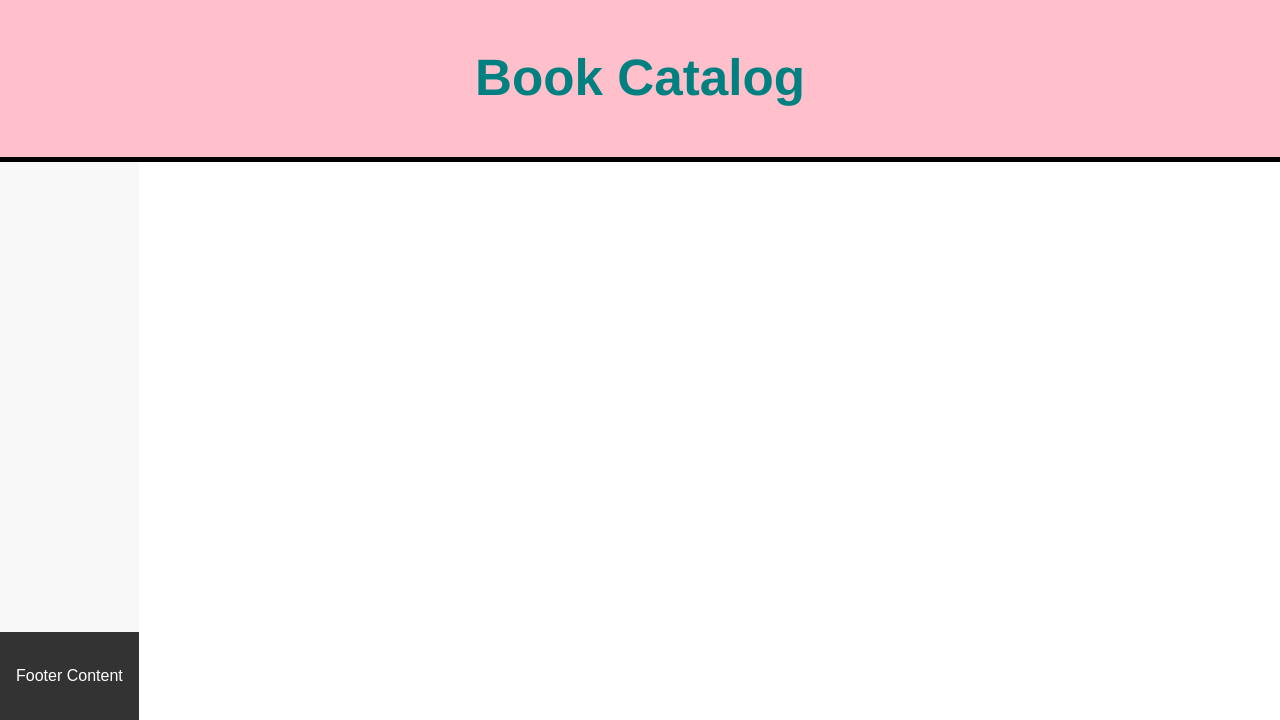
Repository: primcharlin/COMP3170_Lab_Assignment_Components
Page: /
These files come from the project's save history. The page is drawn as it stood at one moment and after the next save; the edit follows.
The browser window is 1280 px wide. The pictures show the whole page.
The page's requests for data from a server got no answer. The project was rebuilt for these pictures with package versions that can differ from the ones it lists, and the page was loaded fresh each time. No one was signed in, and anything a server would have sent is missing. Also part of the build but not shown: vite.config.js.

Above is the page before, as saved 2025-09-12 03:06:25.

After the next save:
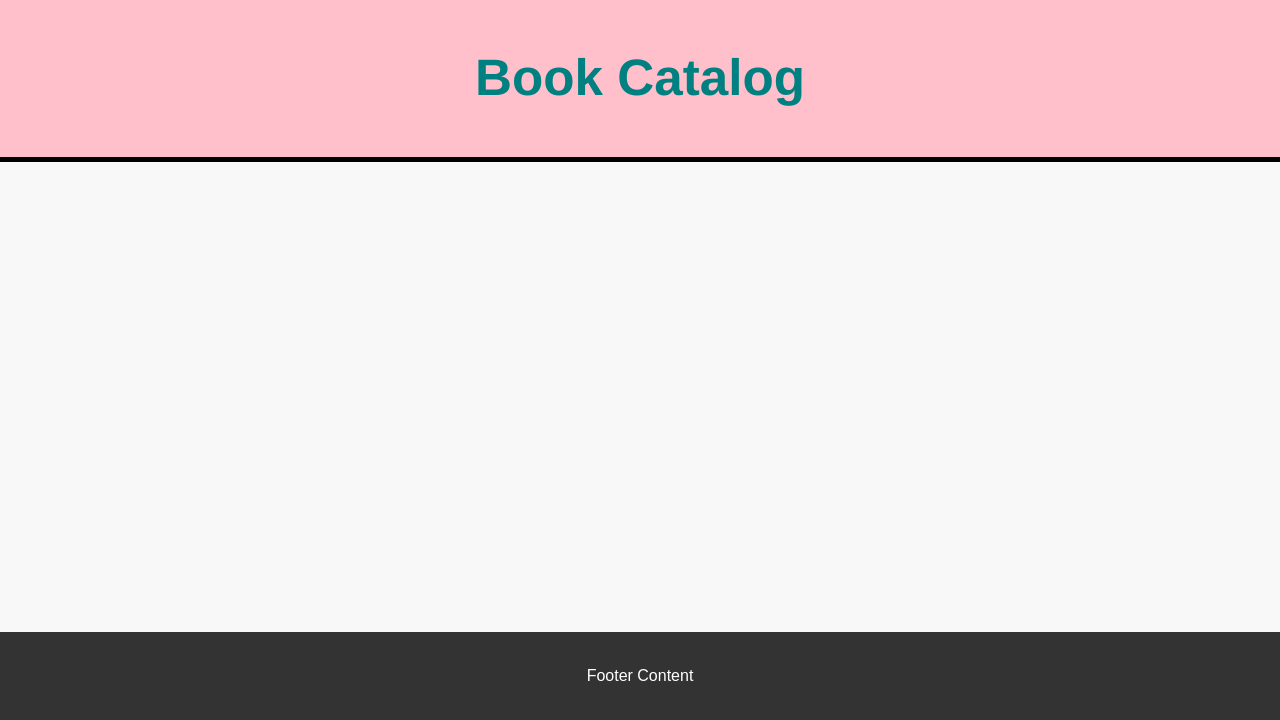
Saved 42 s later.
--- a/src/App.css
+++ b/src/App.css
@@ -68,12 +68,16 @@ img {
     font-family: Helvetica, sans-serif;
 }
 .content {
-    width: 100%;
-    flex: 1; /* <— ดันให้กินที่ว่างที่เหลือ */
-    display: grid;
-
-    gap: 2rem;
-    padding: 0 2em 2em;
+  width: 100vw;
+  flex: 1;
+  display: grid;
+  grid-template-columns: 1fr 1fr;
+  gap: 2rem;
+  padding-top: 90px; /* Adjust to match header height */
+  padding-left: 0;
+  padding-right: 0;
+  padding-bottom: 2em;
+  box-sizing: border-box;
 }
 
 .grid {
